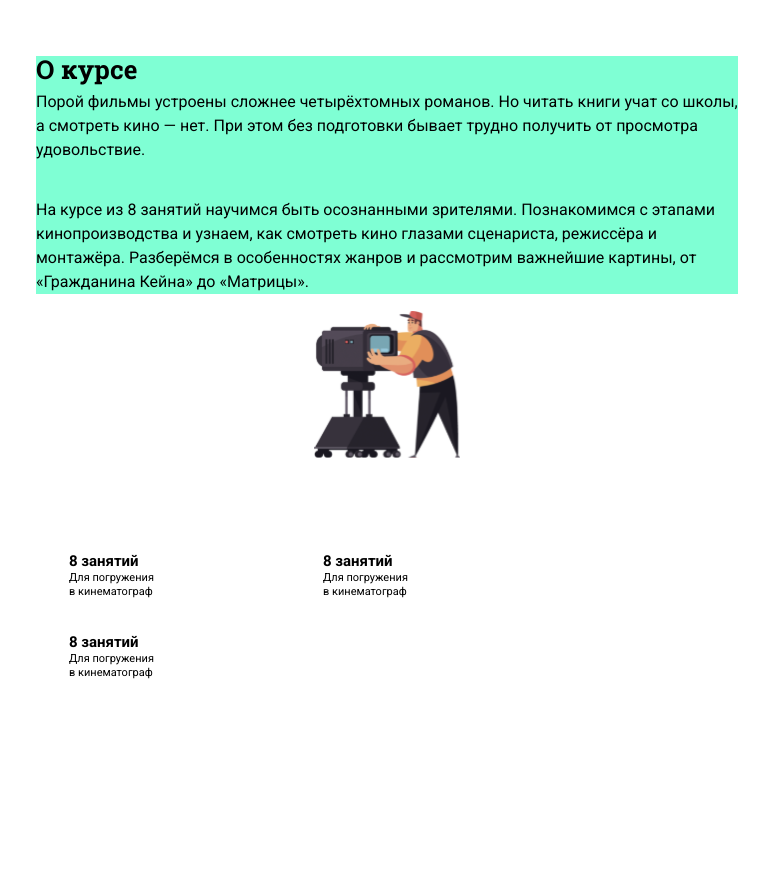
Repository: mirali879/Figma-project1
Page: index.html
The author's editor kept a copy of each file at every save. The page is drawn from the files as they stood at one save, then again after the next save.
The browser window is 768 px wide. The pictures show the whole page.

Above is the page before, as saved 2023-04-30 12:32:47.

### index.html
<!DOCTYPE html>
<html lang="en">

<head>
  <meta charset="UTF-8" />
  <meta http-equiv="X-UA-Compatible" content="IE=edge" />
  <meta name="viewport" content="width=device-width, initial-scale=1.0" />
  <title>Document</title>
  <link rel="stylesheet" href="/index.css">
</head>

<body>
  <div class="container">
    <div class="row up">
      <div class="col left">
        <h1>О курсе</h1>
        <p>
          Порой фильмы устроены сложнее четырёхтомных романов. Но читать
          книги учат со школы, а смотреть кино — нет. При этом без
          подготовки бывает трудно получить от просмотра удовольствие.
        </p>
        <br><br>
        <p>
          На курсе из 8 занятий научимся быть осознанными зрителями.
          Познакомимся с этапами кинопроизводства и узнаем, как смотреть
          кино глазами сценариста, режиссёра и монтажёра. Разберёмся в
          особенностях жанров и рассмотрим важнейшие картины, от
          «Гражданина Кейна» до «Матрицы».
        </p>
      </div>
      <div class="col right">
        <svg width="314" height="315" viewBox="0 0 314 315" fill="none" xmlns="http://www.w3.org/2000/svg"
          xmlns:xlink="http://www.w3.org/1999/xlink">
          <rect width="314" height="315" fill="url(#pattern0)" />
          <defs>
            <pattern id="pattern0" patternContentUnits="objectBoundingBox" width="1" height="1">
              <use xlink:href="#image0_1_51" transform="matrix(0.00186916 0 0 0.00186323 0 -0.000275923)" />
            </pattern>
            <image id="image0_1_51" width="535" height="537"
              xlink:href="data:[embedded picture, 160582 characters]" />
          </defs>
        </svg>
      </div>
    </div>

    <div class="down">
      <img src="/images/photo 1.png" alt="" />
      <ul class="list">
        <li>
          <h5>8 занятий</h5>
          <p>Для погружения в кинематограф</p>
        </li>

        <li>
          <h5>8 занятий</h5>
          <p>Для погружения в кинематограф</p>
        </li>

        <li>
          <h5>8 занятий</h5>
          <p>Для погружения в кинематограф</p>
        </li>
      </ul>
    </div>
  </div>
</body>

</html>

### index.css
@import url("https://fonts.googleapis.com/css2?family=Roboto+Slab:wght@700&family=Roboto:wght@400;500;700&display=swap");
* {
  margin: 0;
  padding: 0;
}
.container {
  padding: 91px 150px 173px 124px;
}

.row {
  display: flex;
  justify-content: space-between;
  align-items: center;
}

.left {
  width: 662px;
}
.left h1 {
  font-size: 55px;
  font-family: "Roboto", sans-serif;
  font-weight: 700;
  margin-bottom: 0px;
}
.left p {
  font-family: "Roboto";
  font-style: normal;
  font-weight: 400;
  font-size: 24px;
  line-height: 150%;
}

.down {
  display: flex;
  align-items: center;
  justify-content: space-between;
  margin-top: 94px;
}

ul {
  margin-left: 132px;
  display: flex;
  justify-content: space-between;
  width: 100%;
}

li {
  width: 150px;
  list-style-type: none;
}
li p {
  font-family: "Roboto";
  font-style: normal;
  font-weight: 400;
  font-size: 18px;
  line-height: 130%;
}
li h5 {
  font-family: "Roboto";
  font-style: normal;
  font-weight: 700;
  font-size: 25px;
  line-height: 130%;
}
.down img {
  width: 232px;
  height: 203px;
}

@media screen and (max-width: 1024px) {
  /* tablet media  */
  .container {
    padding: 56px 86px 180px 72px;
  }
  .left h1 {
    font-size: 32px;
    margin-bottom: 32px;
  }
  .left {
    width: 382px;
  }
  .left p {
    font-size: 14px;
  }
  .right svg {
    width: 182px;
    height: 182px;
  }

  .down {
    display: flex;
    justify-content: flex-start;
  }

  .down img {
    display: none;
  }

  ul {
    margin-left: 0px;
    display: flex;
    justify-content: flex-start;
  }

  .list li {
    width: 86px;
    margin: 0 55px 0 0;
  }

  li h5 {
    font-family: Roboto;
    font-size: 15px;
    font-weight: 700;
    line-height: 19px;
    letter-spacing: 0em;
    text-align: left;
  }

  li p {
    font-family: Roboto;
    font-size: 11px;
    font-weight: 400;
    line-height: 14px;
    letter-spacing: 0em;
    text-align: left;
  }
}
@media screen and (max-width: 768px) {
  /* mobile media  */

  .container {
    padding: 56px 30px 180px 36px;
  }

  .left h1 {
    margin-bottom: 8.39px;
    font-family: Roboto Slab;
    font-size: 26px;
    font-weight: 700;
    line-height: 26px;
    letter-spacing: 0em;
    text-align: left;
  }

  .left p {
    font-family: Roboto;
    font-size: 16px;
    font-weight: 400;
    line-height: 24px;
    letter-spacing: 0em;
    text-align: left;
  }

  .row {
    display: flex;
    flex-wrap: wrap;
  }

  .left {
    background-color: aquamarine;
    width: 100%;
  }

  .right {
    width: 100%;
    margin-top: 17px;
    display: flex;
    align-items: center;
    justify-content: center;
  }

  .right svg {
    width: 146.32px;
    height: 146.78px;
  }

  ul {
    width: 100%;
    display: flex;
    flex-wrap: wrap;
  }


  .list li{
    width: 86px;
    margin:0 135px 34px 33px;
  }

}

After the next save:
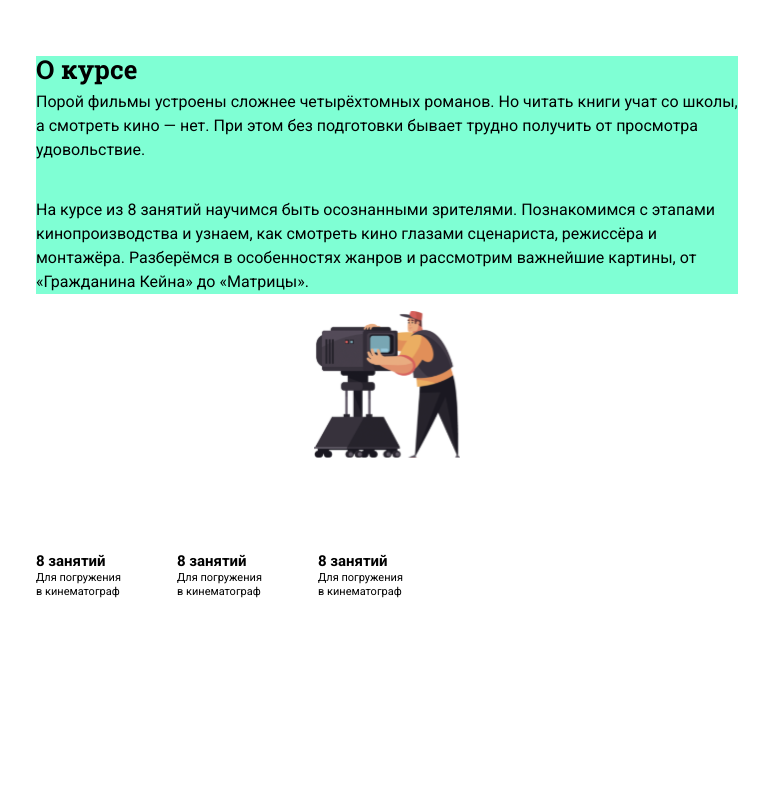
Saved 4 s later.
--- a/index.css
+++ b/index.css
@@ -183,7 +183,6 @@ li h5 {
 
   .list li{
     width: 86px;
-    margin:0 135px 34px 33px;
   }
 
 }
